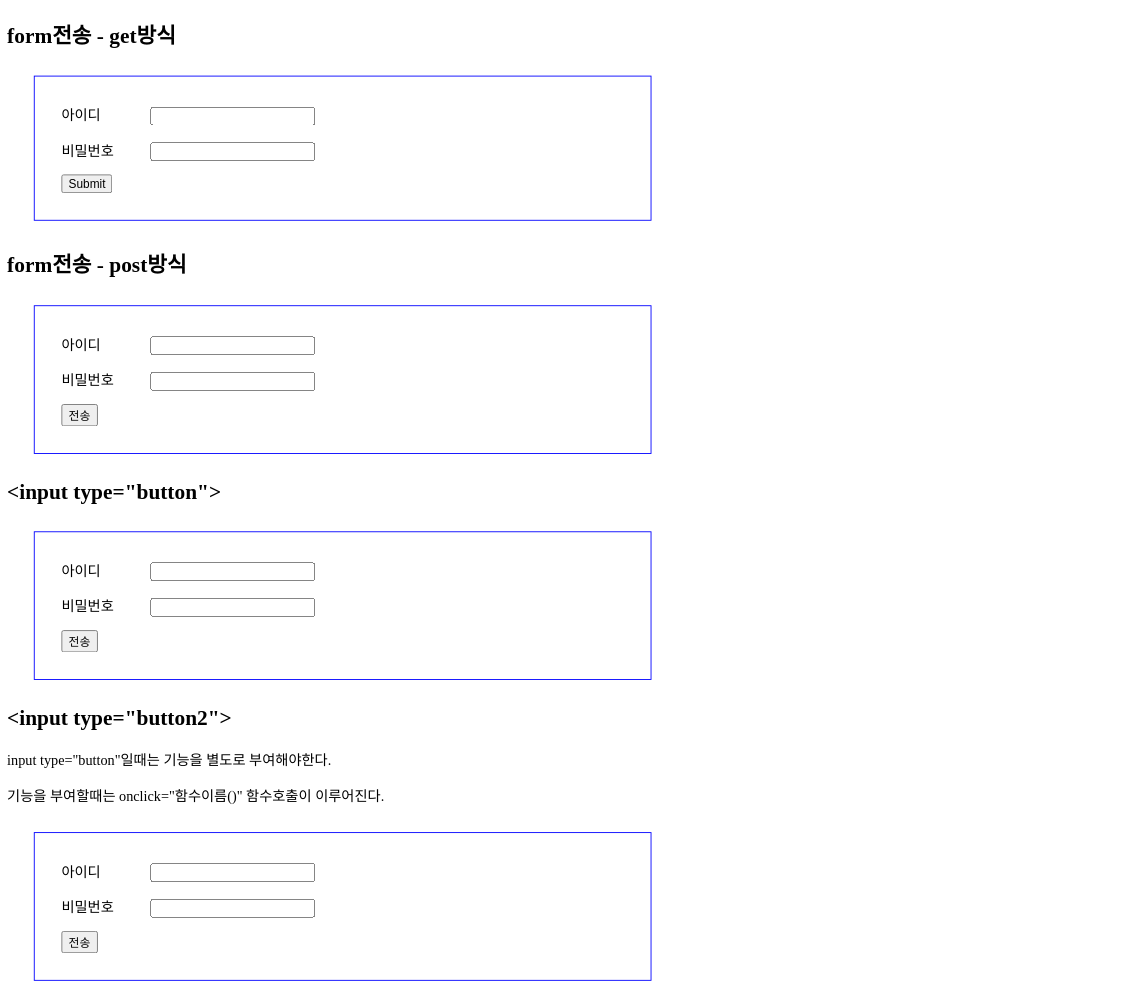
Repository: windy9109/FrontendClass
Page: webpro/src/main/webapp/0225/formDate.html
These files come from the project's save history. The page is drawn as it stood at one moment and after the next save; the edit follows.
The browser window is 1280 px wide. The pictures show the whole page, at 89% of full size.

Above is the page before, as saved 2022-02-25 06:45:44.

After the next save:
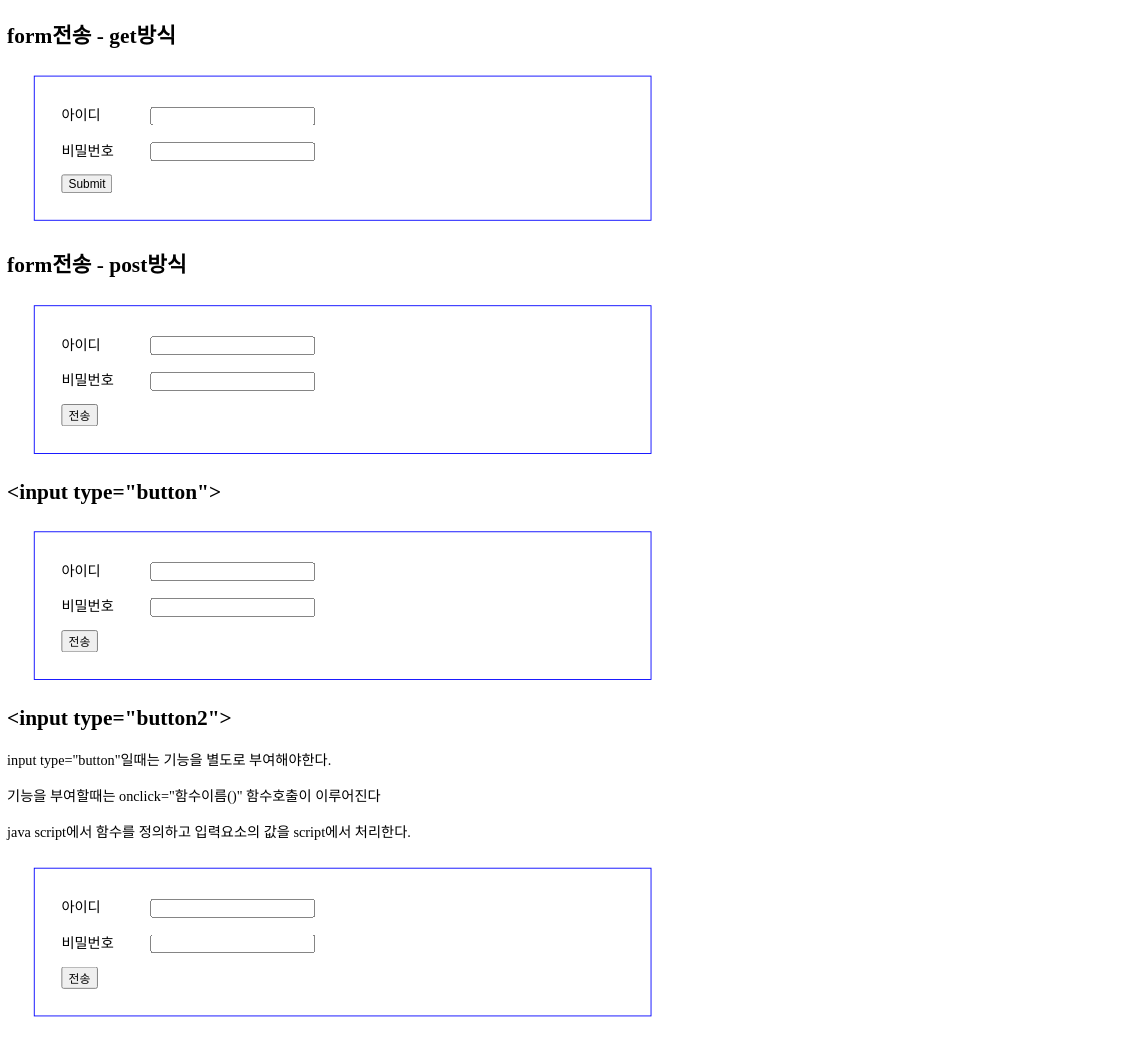
Saved 70 s later.
--- a/webpro/src/main/webapp/0225/formDate.html
+++ b/webpro/src/main/webapp/0225/formDate.html
@@ -57,8 +57,8 @@ height: 40px;
 
 	<h2>&lt;input type="button2"></h2>
 	<p>input type="button"일때는 기능을 별도로 부여해야한다.</p>
-	<p>기능을 부여할때는 onclick="함수이름()"
-		함수호출이 이루어진다.</p>
+	<p>기능을 부여할때는 onclick="함수이름()" 함수호출이 이루어진다</p>
+	<p>java script에서 함수를 정의하고 입력요소의 값을 script에서 처리한다.</p>
 	<form action="form.jsp" method="post">
 		<label>아이디</label><input type="text" name="id"><br>
 		<label>비밀번호</label><input type="passward" name="pass"><br>
